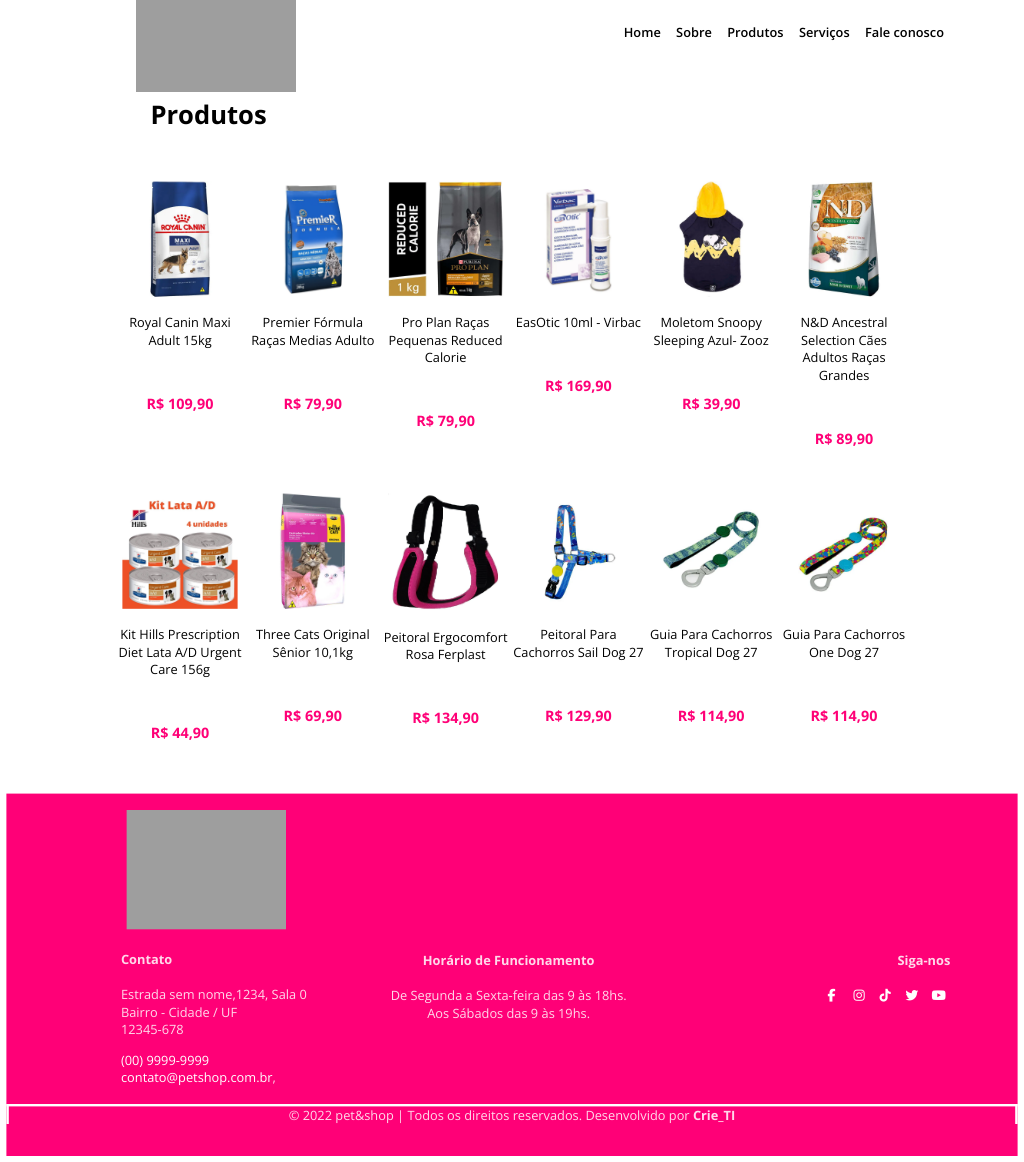
Repository: Iluiscarlos/Projeto-Site-PetShop
Page: products.html
These files come from the project's save history. The page is drawn as it stood at one moment and after the next save; the edit follows.
The browser window is 1280 px wide. The pictures show the whole page, at 80% of full size.
Pictures or frames that could not be fetched are drawn as grey boxes. Some web libraries are served in a nearby version.

Above is the page before, as saved 2022-04-24 20:17:33.

### products.html
<!DOCTYPE html>
<html lang="pt-BR">
<head>
  <meta charset="UTF-8">
  <meta name="viewport" content="width=device-width, initial-scale=1.0">
  <meta http-equiv="X-UA-Compatible" content="ie=edge">
  <title>pet&shop</title>
  <script src="https://kit.fontawesome.com/2c48374459.js" crossorigin="anonymous"></script>
  <link rel="preconnect" href="https://fonts.googleapis.com">
  <link rel="preconnect" href="https://fonts.gstatic.com" crossorigin>
  <link href="https://fonts.googleapis.com/css2?family=Open+Sans:wght@400;500;600;700&display=swap" rel="stylesheet">

<style>

    header {
      display: flex;
      align-items: center;
      justify-content: space-between;
      padding: 0 20px;
      position: fixed;
      top: 0;
      left: 0;
      right: 0;
      background-color: #ffffff;
      height: 80px;
    }

    .font {
      font-family: 'Open Sans', sans-serif;
      font-weight: 100;
      font-size: medium;
    }
    .font-description {
      font-family: 'Open Sans', sans-serif;
      font-weight: 100;
      color: gray;
      text-decoration: none;
    }
    .row {
      margin: -20px;
    }

    .column {
      width: 25%;
      display: inline-block;
      float: left;

      padding: 20px;
      box-sizing: border-box;
    }
    .container {
      width: 1000px;
      max-width: 100%;
      margin-left: auto;
      margin-right: auto;
    }
    .logo{
      width: 200px;
      height: 150px;
      padding-left: 150px;
    }

    .logo-about {
      width: 200px;
      height: 150px;
    }

    .navi {
      color: black;
      padding-right: 80px;
      justify-content: space-between;
      display: inline-block;
    }
    .navi a {
      color: black;
      font-family: 'Open Sans', sans-serif;
      font-weight: 600;
      padding-inline-start: 15px;
      text-decoration: none;
      height: 80px;
    }

    a:active {
      background-color: #ff0077;
      align-self: stretch;
    }

    a:focus {
      background-color: #ff0077;
    }
    a::selection{
      background-color: #ff0077;
      color: #ffffff;
    }

    a::before {
      color: #ff0077;
    }

    .products {
      text-align: center;

    }

    .container-products {
      width: 1000px;
      max-width: 100%;
      display: flex;
      box-sizing: border-box;
      padding: 2px;
      margin-left: auto;
      margin-right: auto;
    }

    .column-products {
      width: 20%;
      display: inline-block;
      box-sizing: border-box;
      padding-top: 20px;

    }
    .product1:hover{

      text-decoration: none;
      font-family: 'Open Sans', sans-serif;
      border-style:solid;
      border-color: #858585;
      border-radius:10px;
      border-width: thin;
      opacity: 0.5;
    }

    .title-products{
        text-align: start;
        padding-left: 180px;
        font-size: 32px;
        padding-top: 20px;
    }
    .product1{
      text-decoration: none;
      font-family: 'Open Sans', sans-serif;
    }

    .products img {
      width: 9rem;
      padding-top: 15px;
    }

    .price {
      color: #ff0077;
      font-weight: bold;
      font-size: large;
      text-align:center;
    }

    #contacts{
      font-family: 'Open Sans', sans-serif;
      font-weight: 100;
      font-size: 16px;
      color: #ffd8ea;
      text-decoration: none;
      margin-left: 5%;
      padding-left: 80px;
    }

    .section-contacts{
      background-color: #ff0077;
      color:#ffd8ea;
      padding-top: 20px;
      padding-bottom: 40px;
      margin-left: auto;
      margin-right: auto;
      text-align:left;
    }

    .column-contacts{
      width: 35%;
      display: inline-block;
      padding: 20px;
      box-sizing: border-box;
      text-decoration: none
    }

    .open-time{
      font-family: 'Open Sans', sans-serif;
      text-align: center;
      display: inline-block;
      font-weight: lighter;
      font-size: 16px;
      color:#ffd8ea;
      float: left;
      margin-left: 38%;
      margin-top: -15%;
    }

    .redes{
      font-family: 'Open Sans', sans-serif;
      font-size: 16px;
      text-align: center;
      display: inline-block;
      color:#ffd8ea;
      float: left;
      margin-left: 80%;
      margin-top: -15%;
    }

    .redes i {
      color:#ffffff;
      font-size: 1rem;
      padding-bottom: 15px;
    }

    .row-rede {
      margin: -10px;
    }

    .column-rede {
      width: 15%;
      display: inline-block;

      padding: 10px;
      box-sizing: border-box;
    }

    .footer{
      text-align: center;
      border-style: solid;
      border-bottom: #ffffff;
      border-color: #ffffff;
    }

</style>
</head>
<body>
  <section class="font">
    <header>
        <img class="logo" id="home" src="logo-colored.svg"><a href="#banner"></a>
    <nav class="navi">
        <a href="#home">Home</a>
        <a href="#about">Sobre</a>
        <a href="#products">Produtos</a>
        <a href="#service">Serviços</a>
        <a href="#contact">Fale conosco</a>
    </nav>
    </header>
    <br/>
    <br/>
    <br/>
    <section class="products" id="products">
      <h2 class="title-products">Produtos</h2>
      <div class="container-products">
        <br/>
        <div class="column-products">
          <div class="product1">
        <a href="#product1"><img src="product-1.webp"/></a>
        <p>Royal Canin Maxi Adult 15kg</p>
        <br/>
        <p class="price">R$ 109,90</p>
      </div>
      </div>
    <div class="column-products">
      <div class="product1">
      <a href="#product1"><img src="product-2.webp"/></a>
      <p>Premier Fórmula Raças Medias Adulto</p>
      <br/>
      <p class="price">R$ 79,90</p>
    </div>
    </div>
    <div class="column-products">
      <div class="product1">
      <a href="#product1"><img src="product-3.webp"/></a>
      <p>Pro Plan Raças Pequenas Reduced Calorie</p>
      <br/>
      <p class="price">R$ 79,90</p>
    </div>
    </div>
    <div class="column-products">
      <div class="product1">
      <a href="#product1"><img src="product-4.webp"/></a>
      <p>EasOtic 10ml - Virbac</p>
      <br/>
      <p class="price">R$ 169,90</p>
    </div>
    </div>
    <div class="column-products">
      <div class="product1">
      <a href="#product1"><img src="product-5.webp"/></a>
      <p>Moletom Snoopy Sleeping Azul- Zooz</p>
      <br/>
      <p class="price">R$ 39,90</p>
    </div>
    </div>
    <div class="column-products">
      <div class="product1">
      <a href="#product1"><img src="product-6.webp"/></a>
      <p>N&D Ancestral Selection Cães Adultos Raças Grandes</p>
      <br/>
      <p class="price">R$ 89,90</p>
      </div>
    </div>
    </div>
    <div class="container-products">
      <br/>
      <div class="column-products">
        <div class="product1">
      <a href="#product1"><img src="product-7.webp"/></a>
      <p>Kit Hills Prescription Diet Lata A/D Urgent Care 156g</p>
      <br/>
      <p class="price">R$ 44,90</p>
    </div>
    </div>
  <div class="column-products">
    <div class="product1">
      <a href="#product1"><img src="product-8.webp"/></a>
    <p>Three Cats Original Sênior 10,1kg</p>
    <br/>
    <p class="price">R$ 69,90</p>
  </div>
  </div>
  <div class="column-products">
    <div class="product1">
      <a href="#product1"><img src="product-9.webp"/></a>
    <p>Peitoral Ergocomfort Rosa Ferplast</p>
    <br/>
    <p class="price">R$ 134,90</p>
  </div>
  </div>
  <div class="column-products">
    <div class="product1">
      <a href="#product1"><img src="product-10.webp"/></a>
    <p>Peitoral Para Cachorros Sail Dog 27</p>
    <br/>
    <p class="price">R$ 129,90</p>
  </div>
  </div>
  <div class="column-products">
    <div class="product1">
      <a href="#product1"><img src="product-11.webp"/></a>
    <p>Guia Para Cachorros Tropical Dog 27</p>
    <br/>
    <p class="price">R$ 114,90</p>
  </div>
  </div>
  <div class="column-products">
    <div class="product1">
      <a href="#product1"><img src="product-12.webp"/></a>
    <p>Guia Para Cachorros One Dog 27</p>
    <br/>
    <p class="price">R$ 114,90</p>
  </div>
  </div>
  </div>

</section>
<br/>
  <br/>
    <section class="section-contacts">
      <img src="logo-white.svg" class="logo-about" style="padding-left: 150px;">
    <section id="contacts" class="container">
      <address>
        <h4 style="font-style:normal;"><b>Contato</b></h4>
        <p style="font-style: normal;";>Estrada sem nome,1234, Sala 0 <br/>
          Bairro - Cidade / UF <br/>
          12345-678</p>
      </address>
      <a href="tel:+550099999999" style="color:#ffffff; text-decoration: none;">(00) 9999-9999</a></br>
      <a href="mailto:contato@petshop.com.br" style="color:#ffffff; text-decoration: none;">contato@petshop.com.br</a>,
    </section>
      <div class="open-time">

        <h4 style="text-align: var(contato);">Horário de Funcionamento</h4>
        <p>De Segunda a Sexta-feira das 9 às 18hs.</br>
        Aos Sábados das 9 às 19hs.</p>
      </div>
      <section class="redes">
        <h4 style="text-align: end;">Siga-nos</h4>
        <div class="row-rede">
          <div class="column-rede">
          <i class="fa-brands fa-facebook-f"></i>
        </div>
        <div class="column-rede">
          <i class="fa-brands fa-instagram"></i>
        </div>
        <div class="column-rede">
          <i class="fa-brands fa-tiktok"></i>
        </div>
        <div class="column-rede">
          <i class="fa-brands fa-twitter"></i>
        </div>
        <div class="column-rede">
          <i class="fa-brands fa-youtube"></i>
        </div>
        </div>
      </section>
      <br/>
      <footer class="footer">
        <span>© 2022 pet&shop | Todos os direitos reservados. Desenvolvido por <b>Crie_TI</b></span>
      </footer>
    </section>
</body>
</html>

After the next save:
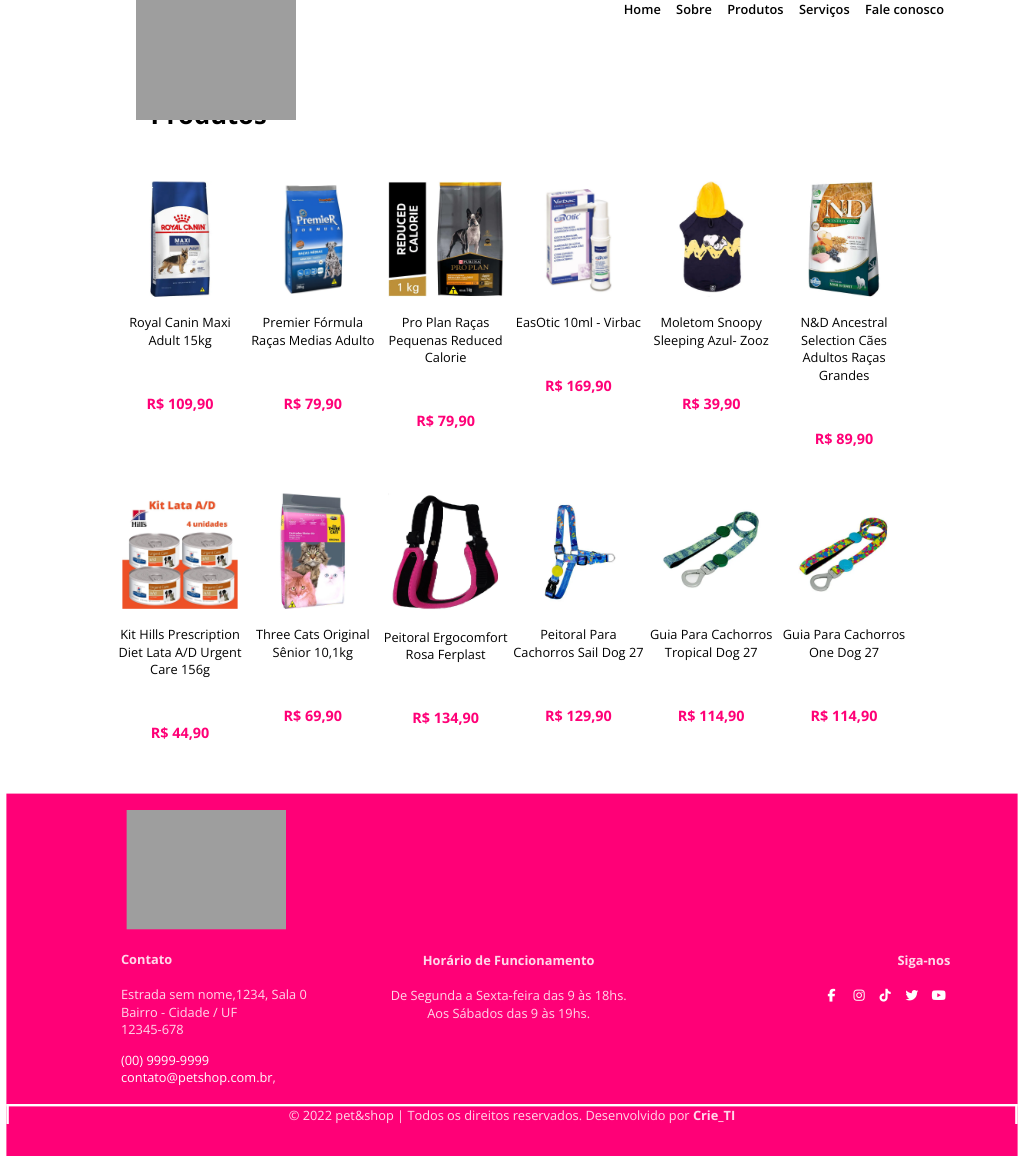
Saved 31 s later.
--- a/products.html
+++ b/products.html
@@ -15,6 +15,7 @@
     header {
       display: flex;
       align-items: center;
+      align-items: stretch;
       justify-content: space-between;
       padding: 0 20px;
       position: fixed;

After the save that followed:
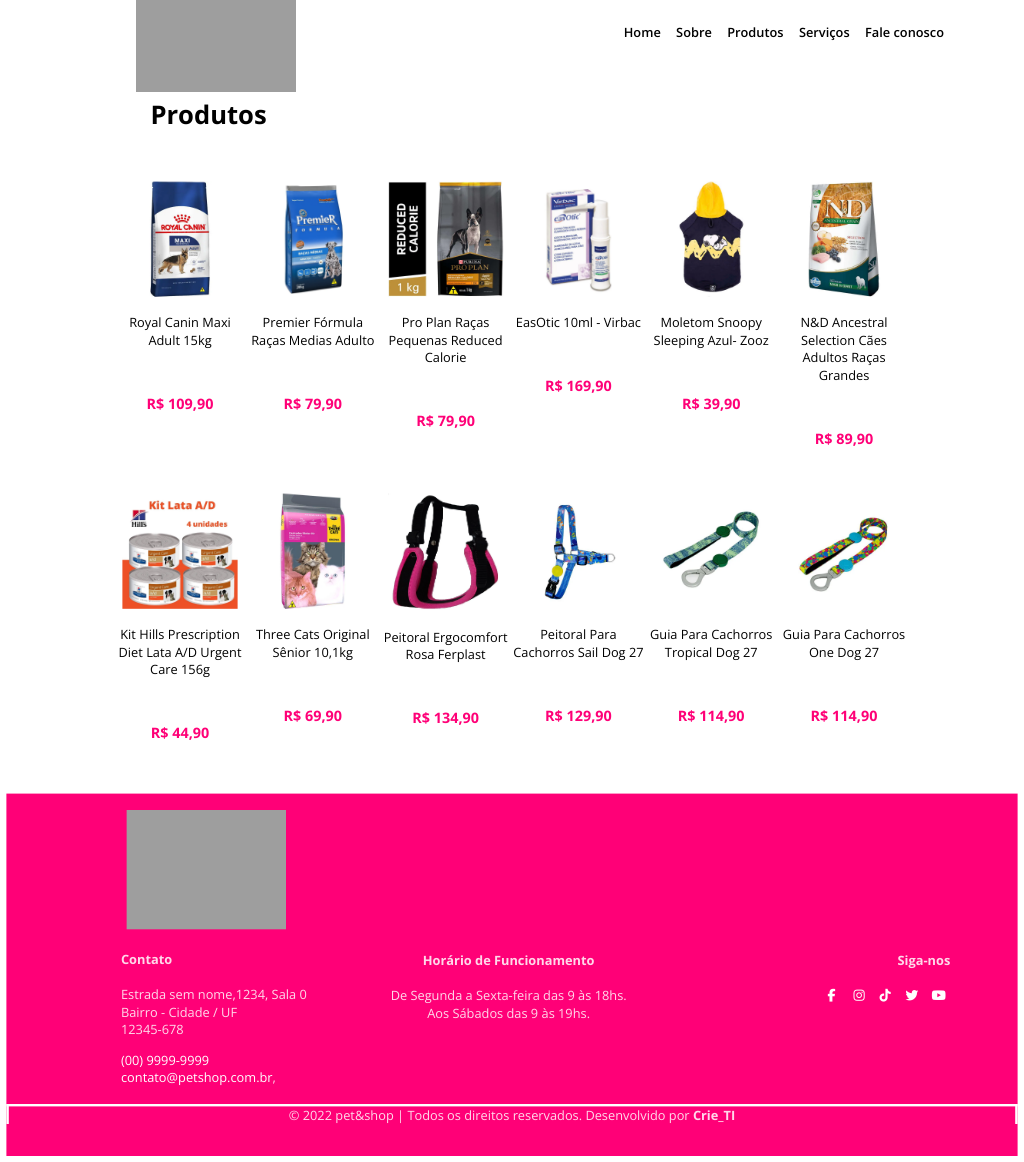
Saved 19 s later.
--- a/products.html
+++ b/products.html
@@ -15,7 +15,6 @@
     header {
       display: flex;
       align-items: center;
-      align-items: stretch;
       justify-content: space-between;
       padding: 0 20px;
       position: fixed;
